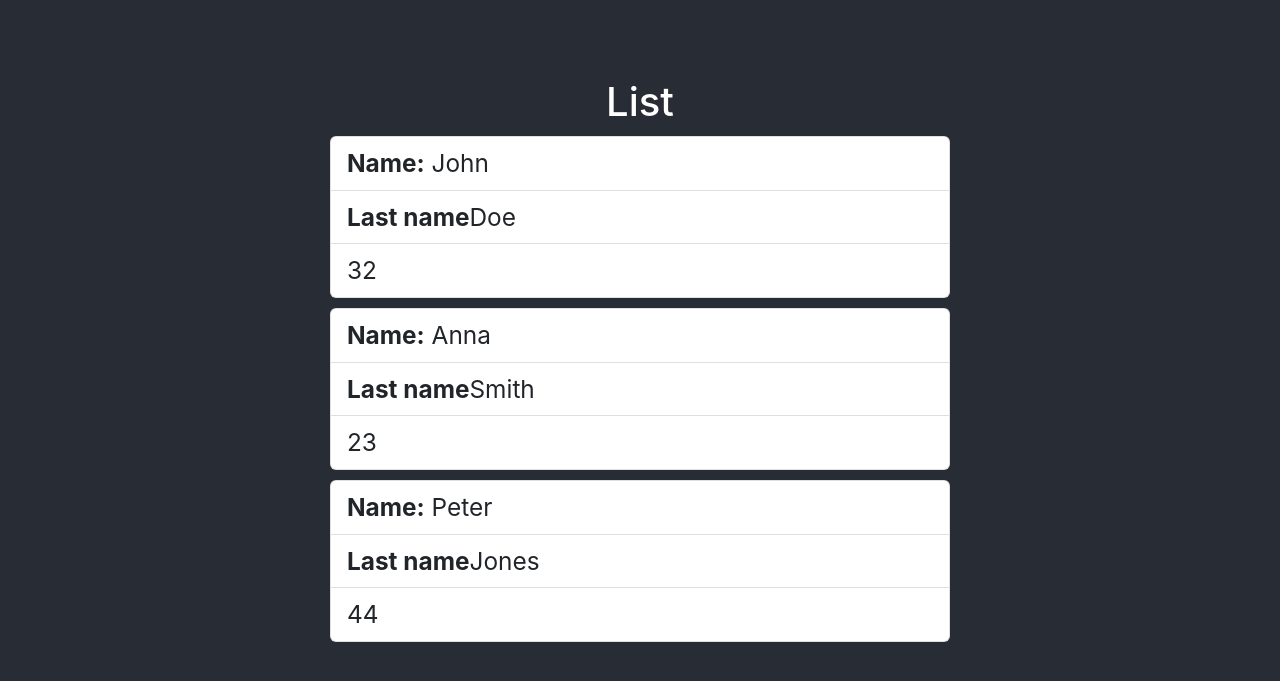
Repository: JasonMorta/ExamplesWithReact
Page: / (app in examples/)
These files come from the project's save history. The page is drawn as it stood at one moment and after the next save; the edit follows.
The browser window is 1280 px wide. The pictures show the whole page.
The project was rebuilt for these pictures with package versions that can differ from the ones it lists, and the page was loaded fresh each time.

Above is the page before, as saved 2022-10-03 19:49:38.

### examples/public/index.html
<!DOCTYPE html>
<html lang="en">
  <head>
    <meta charset="utf-8" />
    <link rel="icon" href="%PUBLIC_URL%/favicon.ico" />
    <meta name="viewport" content="width=device-width, initial-scale=1" />
    <meta name="theme-color" content="#000000" />
    <meta
      name="description"
      content="Web site created using create-react-app"
    />
    <link rel="apple-touch-icon" href="%PUBLIC_URL%/logo192.png" />
    <!--
      manifest.json provides metadata used when your web app is installed on a
      user's mobile device or desktop. See https://developers.google.com/web/fundamentals/web-app-manifest/
    -->
    <link rel="manifest" href="%PUBLIC_URL%/manifest.json" />
    <!--
      Notice the use of %PUBLIC_URL% in the tags above.
      It will be replaced with the URL of the `public` folder during the build.
      Only files inside the `public` folder can be referenced from the HTML.

      Unlike "/favicon.ico" or "favicon.ico", "%PUBLIC_URL%/favicon.ico" will
      work correctly both with client-side routing and a non-root public URL.
      Learn how to configure a non-root public URL by running `npm run build`.
    -->
    <link href="https://cdn.jsdelivr.net/npm/bootstrap@5.2.1/dist/css/bootstrap.min.css" rel="stylesheet">
    <title>React App</title>
  </head>
  <body>
    <noscript>You need to enable JavaScript to run this app.</noscript>
    <div id="root"></div>
    <!--
      This HTML file is a template.
      If you open it directly in the browser, you will see an empty page.

      You can add webfonts, meta tags, or analytics to this file.
      The build step will place the bundled scripts into the <body> tag.

      To begin the development, run `npm start` or `yarn start`.
      To create a production bundle, use `npm run build` or `yarn build`.
    -->
  </body>
</html>

### examples/src/App.js
import logo from './logo.svg';
import './App.css';
import Instance from './components/Instance';





function App() {
  return (
    <div className="App">
      <header className="App-header">
      <Instance />
      </header>
    </div>
  );
}

export default App;

### examples/src/App.css
.App {
  text-align: center;
}

.App-logo {
  height: 40vmin;
  pointer-events: none;
}

@media (prefers-reduced-motion: no-preference) {
  .App-logo {
    animation: App-logo-spin infinite 20s linear;
  }
}

.App-header {
  background-color: #282c34;
  min-height: 100vh;
  display: flex;
  flex-direction: column;
  align-items: center;
  justify-content: center;
  font-size: calc(10px + 2vmin);
  color: white;
}

.App-link {
  color: #61dafb;
}

@keyframes App-logo-spin {
  from {
    transform: rotate(0deg);
  }
  to {
    transform: rotate(360deg);
  }
}


ul {
  margin: 10px;
  text-align: initial;
}

### examples/src/components/Instance.jsx
import React from 'react'

export default function Instance() {

const employees = [
  { firstName: "John", lastName: "Doe", age: 32 },
  { firstName: "Anna", lastName: "Smith", age: 23 },
  { firstName: "Peter", lastName: "Jones", age: 44 },
];



  return (
    <div style={{minWidth: "50%"}}>
      <h1>List</h1>

      {employees.map(obj =>
        <ul class="list-group">
          <li class="list-group-item"><b>Name:</b> {obj.firstName}</li>
          <li class="list-group-item"><b>Last name</b>{obj.lastName}</li>
          <li class="list-group-item">{obj.age}</li>
        </ul>
      )}
    </div>
  );
}

Loaded but not shown: examples/src/index.js (common file); examples/src/index.css (common file); examples/src/reportWebVitals.js (common file)

After the next save:
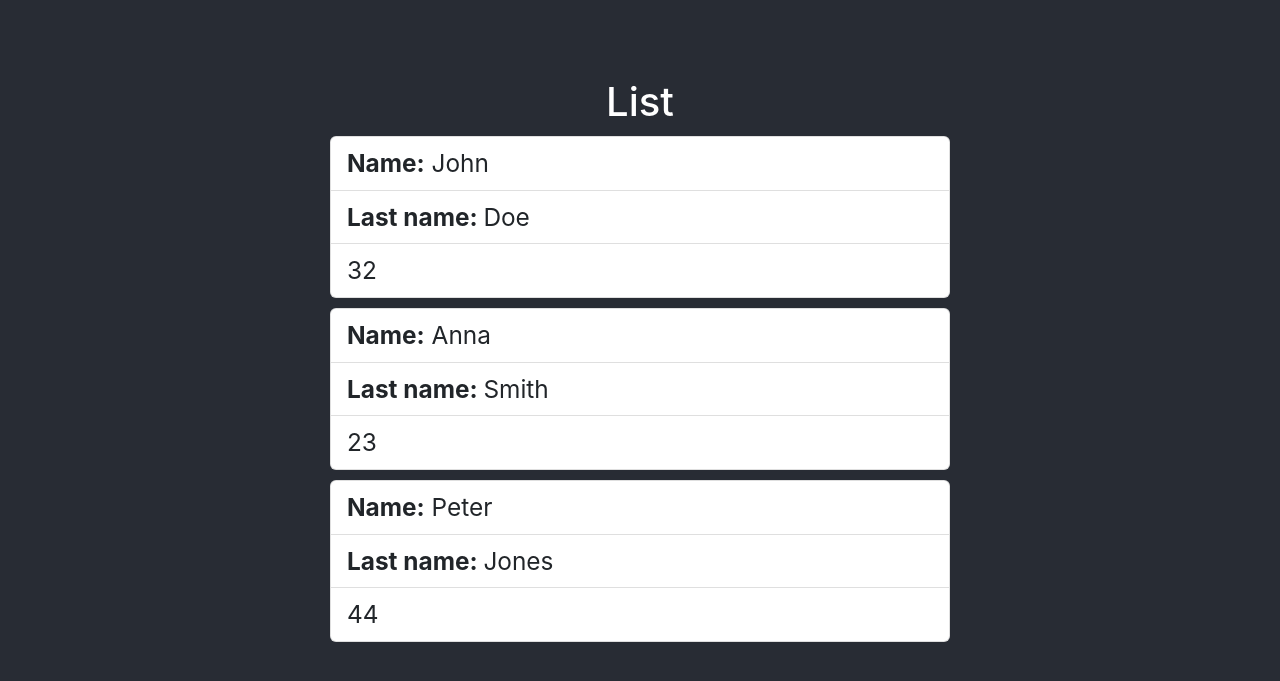
Saved 4 s later.
--- a/examples/src/components/Instance.jsx
+++ b/examples/src/components/Instance.jsx
@@ -17,7 +17,7 @@
       {employees.map(obj =>
         <ul class="list-group">
           <li class="list-group-item"><b>Name:</b> {obj.firstName}</li>
-          <li class="list-group-item"><b>Last name</b>{obj.lastName}</li>
+          <li class="list-group-item"><b>Last name: </b>{obj.lastName}</li>
           <li class="list-group-item">{obj.age}</li>
         </ul>
       )}
